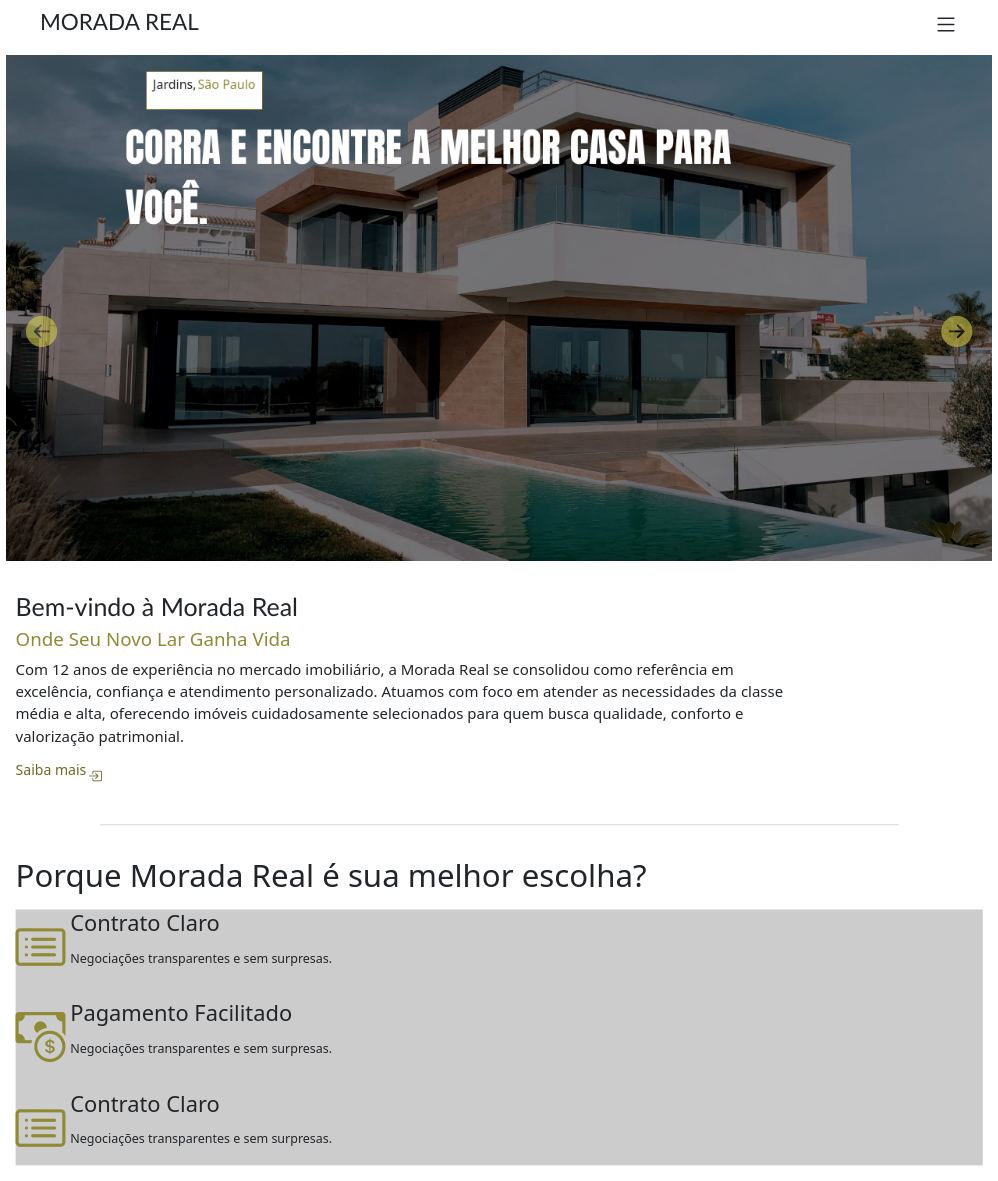
Repository: Mattyns/moradareal
Page: index.html
The author's editor kept a copy of each file at every save. The page is drawn from the files as they stood at one save, then again after a run of saves.
The browser window is 1280 px wide. The pictures show the whole page, at 78% of full size.

Above is the page before, as saved 2025-07-13 17:38:37.

### index.html
<!DOCTYPE html>
<html lang="pt-br">
    <head>
        <meta charset="UTF-8" />
        <meta name="viewport" content="width=device-width, initial-scale=1.0" />
        <title>Morada Real</title>
        <link
            rel="stylesheet"
            href="https://cdnjs.cloudflare.com/ajax/libs/animate.css/4.1.1/animate.min.css"
        />
        <link
            href="https://cdn.jsdelivr.net/npm/bootstrap@5/dist/css/bootstrap.min.css"
            rel="stylesheet"
            integrity="sha384-QWTKZyjpPEjISv5WaRU9OFeRpok6YctnYmDr5pNlyT2bRjXh0JMhjY6hW+ALEwIH"
            crossorigin="anonymous"
        />
        <link
            rel="stylesheet"
            href="https://cdn.jsdelivr.net/npm/bootstrap-icons@1.11.3/font/bootstrap-icons.min.css"
        />
        <link rel="stylesheet" href="style/style.css" />
    </head>
    <body>
        <header class="header__container">

            <h1 class="logo__text">MORADA REAL</h1> <i class="bi-list menu__list"></i>
        </header>

        <main>
            <section class="contrast">

                <div class="contrast__container">
                    <div class="local local__sp">
                        <div class="local__text">
                            <p>Jardins,</p> <p class="local__text--contrast"> São Paulo</p>
                        </div>
                        <p class="text__message">CORRA E ENCONTRE A MELHOR CASA PARA VOCÊ.</p>
                    </div>
                    <div class="local local__rs">
                        <div class="local__text">
                            <p>Bela Vista,</p> <p class="local__text--contrast"> Rio Grande do Sul</p>
                        </div>
                        <p class="text__message">O LAR DOS SEUS SONHOS PODE ESTAR A UM CLIQUE DE DISTÂNCIA.</p>
                    </div>
                    <div class="local local__rj">
                        <div class="local__text">
                            <p>Leblon,</p> <p class="local__text--contrast"> Rio de Janeiro</p>
                        </div>
                        <p class="text__message">NÃO PERCA TEMPO! SUA NOVA HISTÓRIA COMEÇA AQUI.</p>
                    </div>

                </div>

                <i class="bi-arrow-left-circle-fill img__button" id="img__button--left"></i>
                <i class="bi-arrow-right-circle-fill img__button" id="img__button--right"></i>

            </section>
            <section class="present">
                <h1 class="present__title">Bem-vindo à Morada Real</h1>
                <h2 class="present__subtitle">Onde Seu Novo Lar Ganha Vida</h2>
                <p class="present__text">Com 12 anos de experiência no mercado imobiliário, a Morada Real se consolidou como referência em excelência, confiança e atendimento personalizado. Atuamos com foco em atender as necessidades da classe média e alta, oferecendo imóveis cuidadosamente selecionados para quem busca qualidade, conforto e valorização patrimonial.</p>
                <a href="#" class="button__link present__more"><p>Saiba mais</p> <i class="bi-box-arrow-in-right"></i></a>

            </section>

            <hr class="line--gray">

            <section class="services">
                <h1 class="services__title">
                    <h1>Porque Morada Real é sua melhor escolha?</h1>
                    <div class="service__container">
                        <div class="service__card service__contract">
                            <i class="service__icon bi-card-list"></i>
                            <h3 class="service__title">Contrato Claro</h3>
                            <p class="service__text">Negociações transparentes e sem surpresas.</p>
                        </div>

                        <div class="service__card service__Payment">
                            <i class="service__icon bi-cash-coin"></i>
                            <h3 class="service__title">Pagamento Facilitado</h3>
                            <p class="service__text">Negociações transparentes e sem surpresas.</p>
                        </div>

                        <div class="service__card service__contract">
                            <i class="service__icon bi-card-list"></i>
                            <h3 class="service__title">Contrato Claro</h3>
                            <p class="service__text">Negociações transparentes e sem surpresas.</p>
                        </div>



                    </div>
                </h1>
            </section>


        </main>

        <script src="script/carousel.js"></script>
    </body>
</html>

### style/style.css
@charset "UTF-8";

:root {
    --preto:black;
    --branco:white;
    --cor1:#D3CC4C;
    --cor2:#B1AB40;
    --cor3:#DCD650;
    --cor4:#8F8A33;
    --cor5:#6D6927;
    --cor6:#4B481B;
    --cor7:#f0eca5;
    --cor8:white;

}

* {
    margin: 0px;
    padding: 0px;
    box-sizing: border-box;
}

.header__container {
    display: flex;
    height: 20%;
    width: 100%;
    background-color: var(--branco);
    align-items: center;
    padding-top: 10px;
    padding-bottom: 10px;
}

.logo__text {
    margin-left: 4%;
    font-size: 180%;
    font-family: 'Trebuchet MS', 'Lucida Sans Unicode', 'Lucida Grande', 'Lucida Sans', Arial, sans-serif;
}

.menu__list {
    font-size: 2em;
    position: absolute;
    right: 4%;
}

.contrast {
    height: 90vh;
    margin: 8px;

    overflow: hidden;
    max-width: 100%;
    position: relative;


}

.contrast__container {

    display: flex;
  transition: transform 0.3s ease;
  will-change: transform;
  touch-action: pan-y;
}

.local {
    height: 90vh;
    background-size: cover;
    background-position: right;
     flex: 0 0 100%;
    box-sizing: border-box;
    padding: 20px; /* opcional */
}

.local__sp {
    background-image: url(../img/webaliser.jpg);

}

.local__rs {
    background-image: url(../img/brian.jpg);

}

.local__rj {
    background-image: url(../img/zoe.jpg);

}

.local__text {
    display: flex;
    background-color: var(--branco);
    width: fit-content;
    padding: 4px 0px;
    padding-left: 8px;
    padding-right: 8px;
    top: 20%;
    margin-left:13%;
    border: 1px solid var(--cor5);

}

.local__text--contrast {
    color: var(--cor4);
    margin-left: 2px;
}

.text__message {
    top: 26%;
    width: 68%;
    margin-left: 10%;
    font-size:320%;
    font-family:Impact, Haettenschweiler, 'Arial Narrow Bold', sans-serif;
    color:var(--cor8) ;
    padding: 10px;
    border-radius: 10px;
}

.img__button {
    font-size: 2.5em;
    position:absolute;
    color: #dcd55090;
    transition: color 0.8s ease;

}

.img__button:hover {
    color: #DCD650;
    transition: color 0.8s ease;
}

.img__button.disabled {
  color: #ccc;  /* cinza claro */
  cursor: not-allowed;
  opacity: 0.6;
}

#img__button--left {
    left: 2%;
    top: 50%;
}

#img__button--right {
    right: 2%;
    top: 50%;
}


.present {
    margin: 0px 20px;
    margin-top: 40px;
}

.present__title {
    text-align: left;
    font-family: 'Trebuchet MS', 'Lucida Sans Unicode', 'Lucida Grande', 'Lucida Sans', Arial, sans-serif;
    font-size: 2em;

}

.present__subtitle {
    font-size: 1.5em;
    color: var(--cor4);

}

.present__text {
    width: 80%;
    font-size: 1.2em;
    margin-top: 10px;
    margin-bottom: 15px;
}

.button__link {
    text-decoration: none;
    color: white;
    font-size: 18px;

}

.present__more {
    color: var(--cor5);
    display: flex;
    align-items: center;

}

.present__more > p {
    margin-right: 2px;
}

.line--gray {
    width: 80%;
    margin: auto;
    margin-top: 40px;
}

.services {
    margin: 20px;
    margin-top: 40px;
}

.service__container {
    margin-top: 20px;
    background-color: #ccc;
}

.service__card {
  display: grid;
  grid-template-columns: auto 1fr; /* coluna 1 para o ícone, coluna 2 para o conteúdo */
  grid-template-rows: auto auto;   /* duas linhas */
  gap: 2px; /* opcional: espaço entre elementos */
  align-items: start;

  margin: 20px auto;
}

.service__icon {
    grid-row: 1 / 3;   /* ocupa da linha 1 até antes da 3 (ou seja, 2 linhas) */
    grid-column: 1;    /* fica na coluna 1 */

    font-size: 4em;
    margin-right: 4px;
    color: var(--cor4);
}

.service__title {
  grid-row: 1;       /* linha 1 */
  grid-column: 2;    /* coluna 2 */
}

.service__text {
  grid-row: 2;       /* linha 2 */
  grid-column: 2;    /* coluna 2 */
  width: 80%;
}

### script/carousel.js
const container = document.querySelector('.contrast__container');
const slides = document.querySelectorAll('.local');

let isDragging = false;
let startPos = 0;
let currentTranslate = 0;
let prevTranslate = 0;
let animationID;
let currentIndex = 0;

slides.forEach((slide, index) => {
  slide.addEventListener('touchstart', touchStart(index));
  slide.addEventListener('touchend', touchEnd);
  slide.addEventListener('touchmove', touchMove);

  slide.addEventListener('mousedown', touchStart(index));
  slide.addEventListener('mouseup', touchEnd);
  slide.addEventListener('mouseleave', touchEnd);
  slide.addEventListener('mousemove', touchMove);
});

function touchStart(index) {
  return function (event) {
    currentIndex = index;
    startPos = getPositionX(event);
    isDragging = true;

    animationID = requestAnimationFrame(animation);
  };
}

function touchMove(event) {
  if (!isDragging) return;
  const currentPosition = getPositionX(event);
  currentTranslate = prevTranslate + currentPosition - startPos;
}

function touchEnd() {
  cancelAnimationFrame(animationID);
  isDragging = false;

  const movedBy = currentTranslate - prevTranslate;

  if (movedBy < -100 && currentIndex < slides.length - 1) currentIndex++;
  if (movedBy > 100 && currentIndex > 0) currentIndex--;

  setPositionByIndex();
}

function getPositionX(event) {
  return event.type.includes('mouse') ? event.pageX : event.touches[0].clientX;
}

function animation() {
  setSliderPosition();
  if (isDragging) requestAnimationFrame(animation);
}

function setSliderPosition() {
  container.style.transform = `translateX(${currentTranslate}px)`;
}

function setPositionByIndex() {
  currentTranslate = currentIndex * -container.offsetWidth;
  prevTranslate = currentTranslate;
  setSliderPosition();
  updateButtons();
}


const imgLeft = document.getElementById('img__button--left');
const imgRight = document.getElementById('img__button--right');

imgLeft.addEventListener('click', imgSlideLeft);
imgRight.addEventListener('click', imgSlideRight);


function imgSlideLeft() {
  if (currentIndex > 0) {
    currentIndex--;
    setPositionByIndex();
  }
}

function imgSlideRight() {
  if (currentIndex < slides.length - 1) {
    currentIndex++;
    setPositionByIndex();
  }
}

// Função para ativar/desativar os botões conforme o slide atual
function updateButtons() {
  if (currentIndex === 0) {
    imgLeft.classList.add('disabled');
  } else {
    imgLeft.classList.remove('disabled');
  }

  if (currentIndex === slides.length - 1) {
    imgRight.classList.add('disabled');
  } else {
    imgRight.classList.remove('disabled');
  }
}

After the next 2 saves:
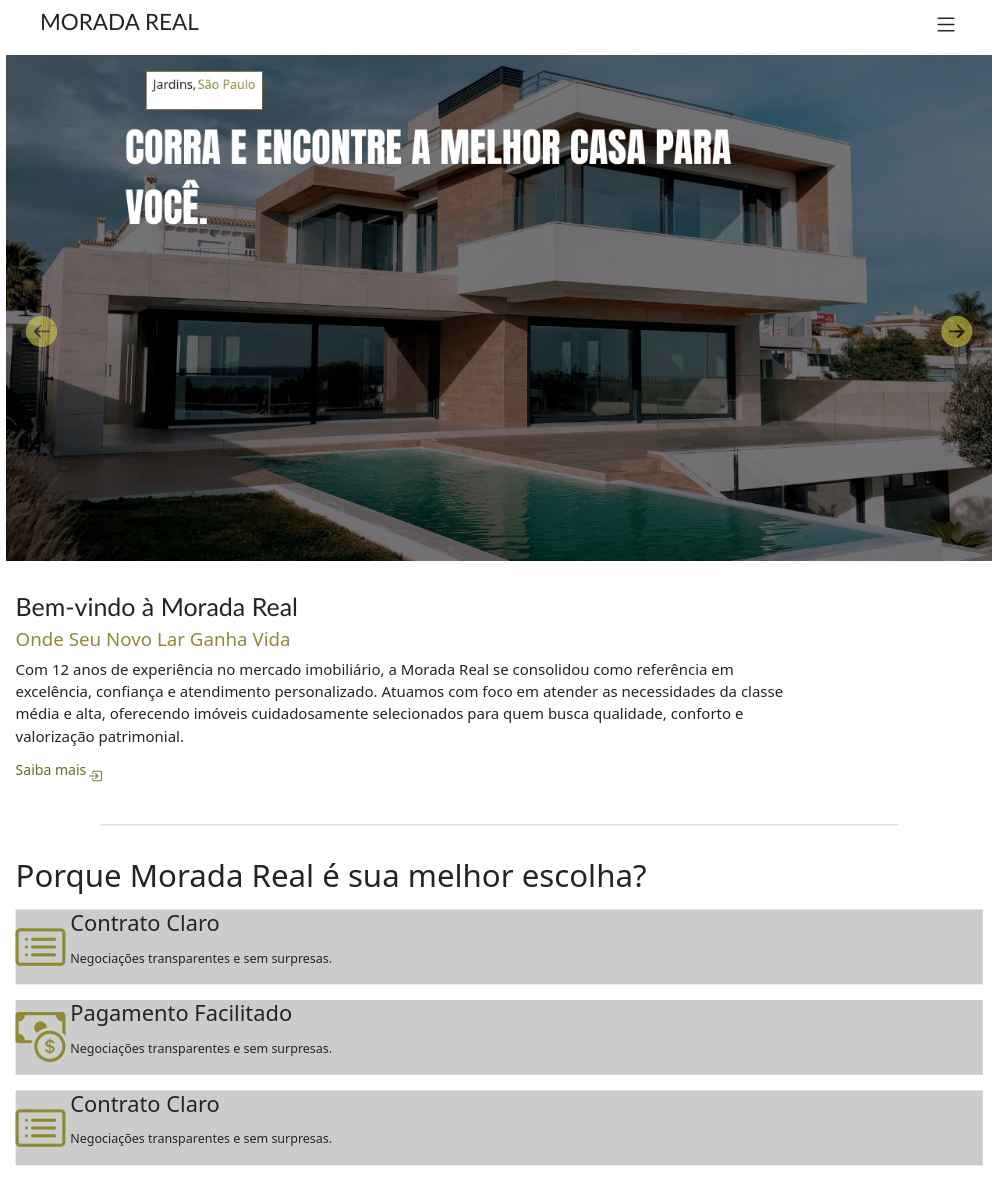
The 2 saves are shown as one change because they came seconds apart.
The last was saved 23 s later.
--- a/style/style.css
+++ b/style/style.css
@@ -200,7 +200,7 @@
 
 .service__container {
     margin-top: 20px;
-    background-color: #ccc;
+
 }
 
 .service__card {
@@ -210,6 +210,7 @@
   gap: 2px; /* opcional: espaço entre elementos */
   align-items: start;
 
+  background-color: #ccc;
   margin: 20px auto;
 }
 
